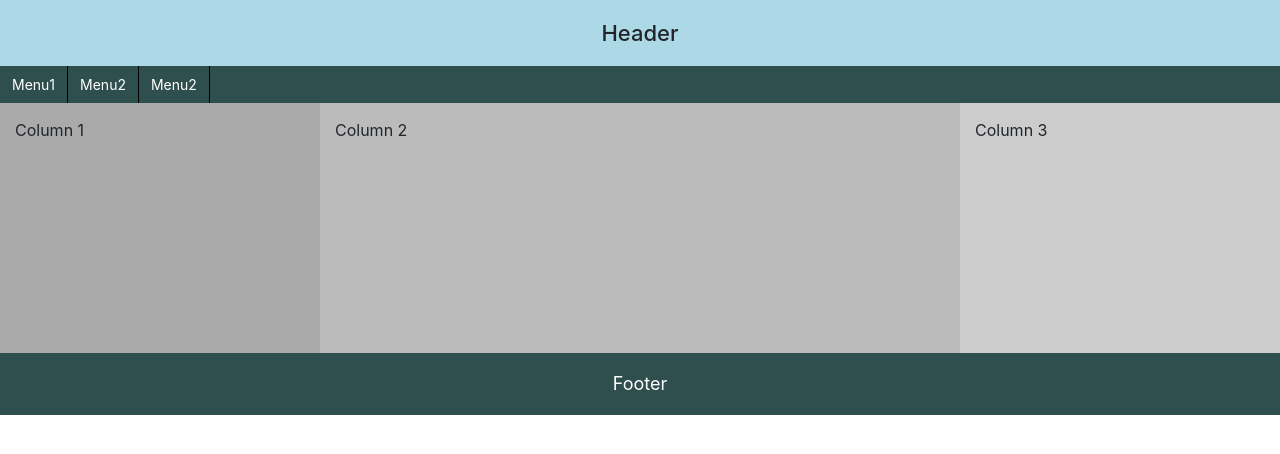
Repository: luqmang316/luqmang316.github.io
Page: Events/EventsCleanScreen.html
These files come from the project's save history. The page is drawn as it stood at one moment and after the next save; the edit follows.
The browser window is 1280 px wide. The pictures show the whole page.

Above is the page before, as saved 2021-08-08 13:43:16.

### Events/EventsCleanScreen.html
<!doctype html>
<html lang="en">

<head>
    <!-- Required meta tags -->
    <meta charset="utf-8">
    <meta name="viewport" content="width=device-width, initial-scale=1, shrink-to-fit=no">

    <!-- Bootstrap CSS -->
    <link rel="stylesheet" type="text/css" href="../css/bootstrap.min.css">
    <link rel="stylesheet" type="text/css" href="../css/style2.css">

    <title>Task List HTML Page</title>
</head>

<body>

    <header>
        <div class="container">
            <div class="row">
                <div class="col-12">
                    <h2>Header</h2>
                </div>
            </div>
        </div>
    </header>
    <section class="menu">
        <ul>
            <li><a href="http://mumstudents.org/">Menu1</a></li>
            <li><a href="http://mumstudents.org/">Menu2</a></li>
            <li><a href="http://mumstudents.org/">Menu2</a></li>
        </ul>
    </section>
    <section class="content">
        <div class="container-fluid">
            <div class="row">
                <div class="col-3 box1">Column 1</div>
                <div class="col-6 box2">Column 2</div>
                <div class="col-3 box3">Column 3</div>
            </div>
        </div>
    </section>

    <footer>
        <div class="container">
            <div class="row">
                <div class="col-12">
                    <h2>Footer</h2>
                </div>
            </div>
        </div>
    </footer>

    <script src="../js/jquery.min.js"></script>
    <script src="../js/bootstrap.min.js"></script>

</body>

</html>

### css/style2.css
header {
    background: #add8e6;
    padding: 20px;
    text-align: center;
}

header h2 {
    margin: 0;
    font-size: 22px;
}

.menu {
    background: #2f4f4f;
}

.menu ul {
    padding: 0;
    margin: 0;
    list-style: none;
    display: flex;
}

.menu ul li {
    float: left;
    padding: 8px 12px;
    border-right: 1px solid #000;
    font-size: 14px;
}

.menu ul li a {
    color: #fff;
}

.box1 {
    background: #aaaaaa;
    height: 250px;
    padding: 15px;
}

.box2 {
    background: #bbbbbb;
    padding: 15px;
}

.box3 {
    background: #cccccc;
    height: 250px;
    padding: 15px;
}

footer {
    background: #2f4f4f;
    padding: 20px;
    text-align: center;
}

footer h2 {
    margin: 0;
    font-size: 18px;
    color: #fff;
    font-weight: 400;
}

@media screen and (max-width:600px) {
    .box3 {
        -ms-flex: 0 0 100%;
        flex: 0 0 100%;
        max-width: 100%;
        height: 200px;
    }
    .box1,
    .box2 {
        -ms-flex: 0 0 50%;
        flex: 0 0 50%;
        max-width: 50%;
        height: 200px;
    }
}

Loaded but not shown: css/bootstrap.min.css (library); js/jquery.min.js (library); js/bootstrap.min.js (library)

After the next save:
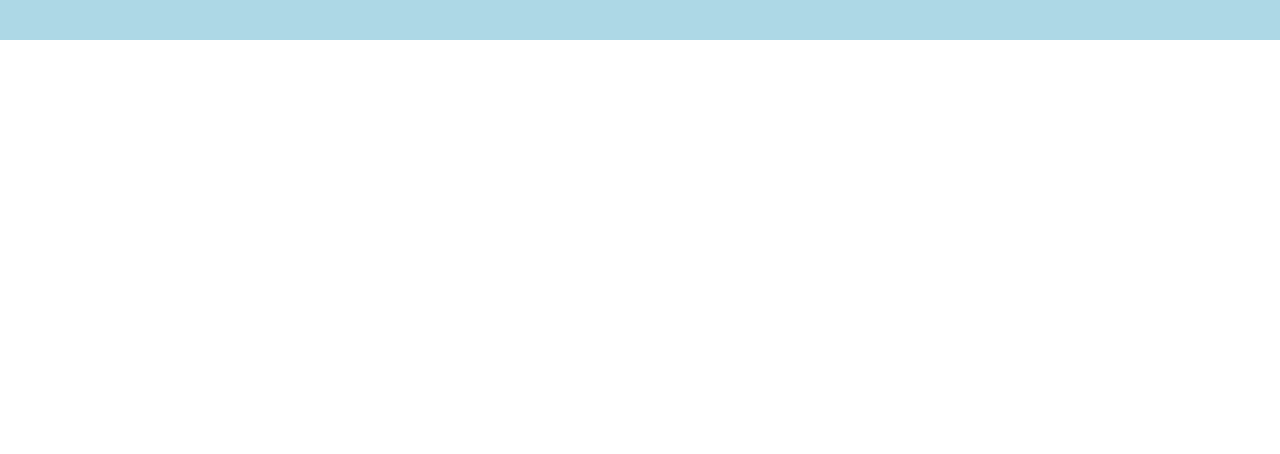
Saved 36 s later.
--- a/Events/EventsCleanScreen.html
+++ b/Events/EventsCleanScreen.html
@@ -16,44 +16,9 @@
 <body>
 
     <header>
-        <div class="container">
-            <div class="row">
-                <div class="col-12">
-                    <h2>Header</h2>
-                </div>
-            </div>
-        </div>
+
+
     </header>
-    <section class="menu">
-        <ul>
-            <li><a href="http://mumstudents.org/">Menu1</a></li>
-            <li><a href="http://mumstudents.org/">Menu2</a></li>
-            <li><a href="http://mumstudents.org/">Menu2</a></li>
-        </ul>
-    </section>
-    <section class="content">
-        <div class="container-fluid">
-            <div class="row">
-                <div class="col-3 box1">Column 1</div>
-                <div class="col-6 box2">Column 2</div>
-                <div class="col-3 box3">Column 3</div>
-            </div>
-        </div>
-    </section>
-
-    <footer>
-        <div class="container">
-            <div class="row">
-                <div class="col-12">
-                    <h2>Footer</h2>
-                </div>
-            </div>
-        </div>
-    </footer>
-
-    <script src="../js/jquery.min.js"></script>
-    <script src="../js/bootstrap.min.js"></script>
-
 </body>
 
 </html>
